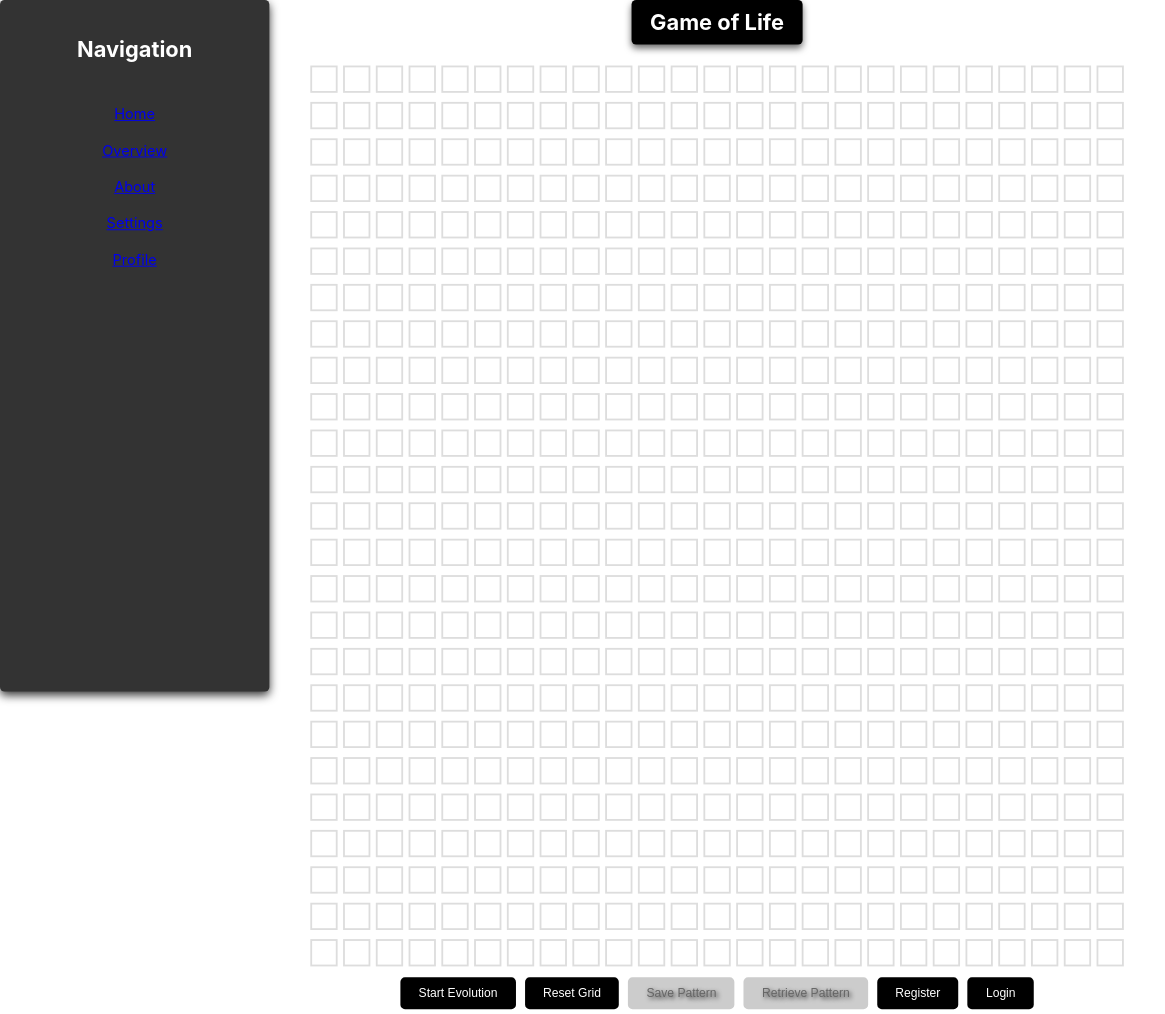
Repository: MarioDiekmann/GameOfLife
Page: /
These files come from the project's save history. The page is drawn as it stood at one moment and after the next save; the edit follows.
The browser window is 1280 px wide. The pictures show the whole page, at 91% of full size.
The project was rebuilt for these pictures with package versions that can differ from the ones it lists, and the page was loaded fresh each time. Also part of the build but not shown: src/components/InputForm.js, src/components/LoadPatternForm.js, src/components/RegistrationForm.js, src/components/LoginForm.js, src/pages/Overview.js.

Above is the page before, as saved 2024-11-05 16:07:21.

After the next save:
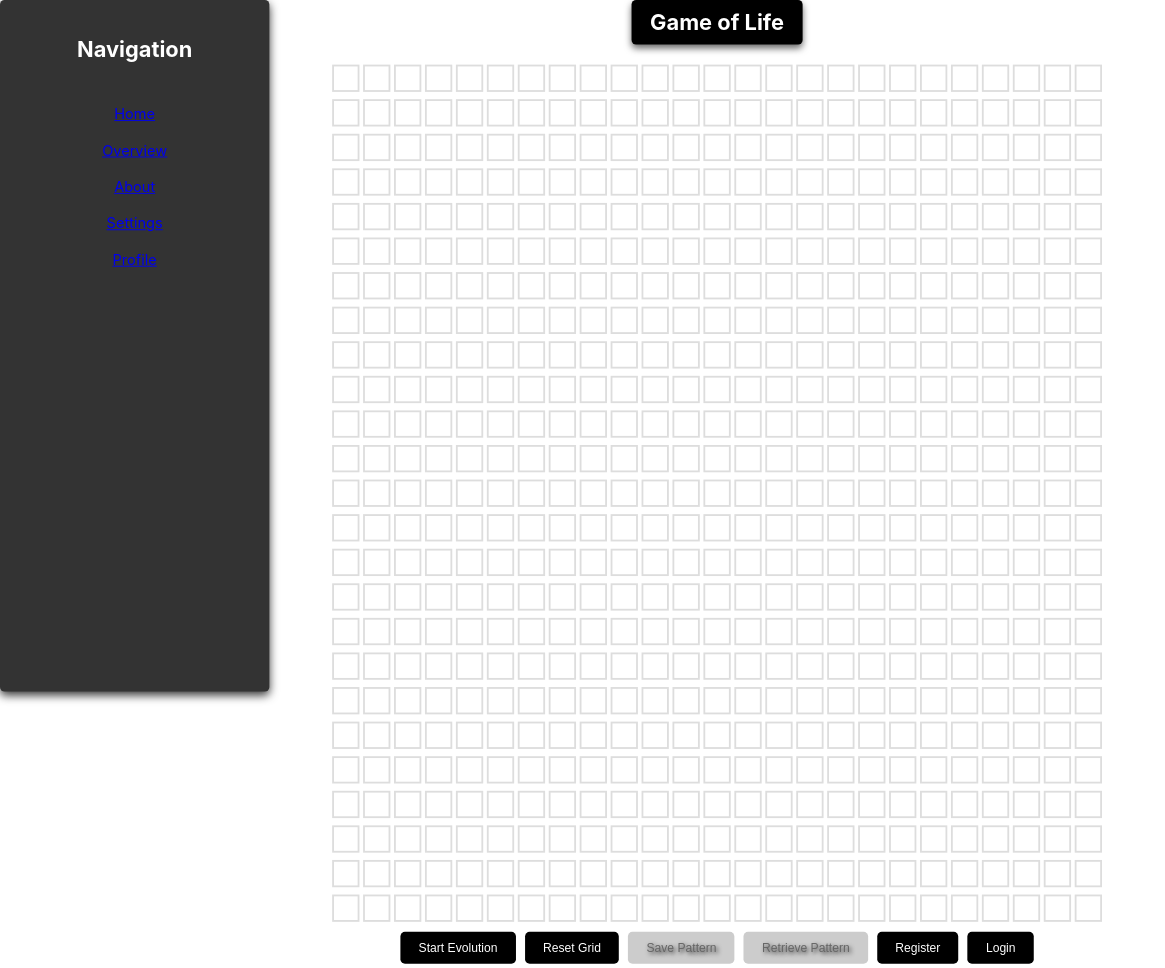
Saved 10 s later.
--- a/src/components/Cell.js
+++ b/src/components/Cell.js
@@ -4,7 +4,7 @@ import './Cell.css';
 const Cell = ({ isAlive, onClick, numResizes }) => {
   // Base sizes for cell dimensions and margin
   const baseSize = 30; // Base cell size when numResizes = 1
-  const baseMargin = 3; // Base margin when numResizes = 1
+  const baseMargin = 2; // Base margin when numResizes = 1
 
   // Calculate cell size and margin based on numResizes
   const cellSize = baseSize / Math.pow(2, numResizes );
